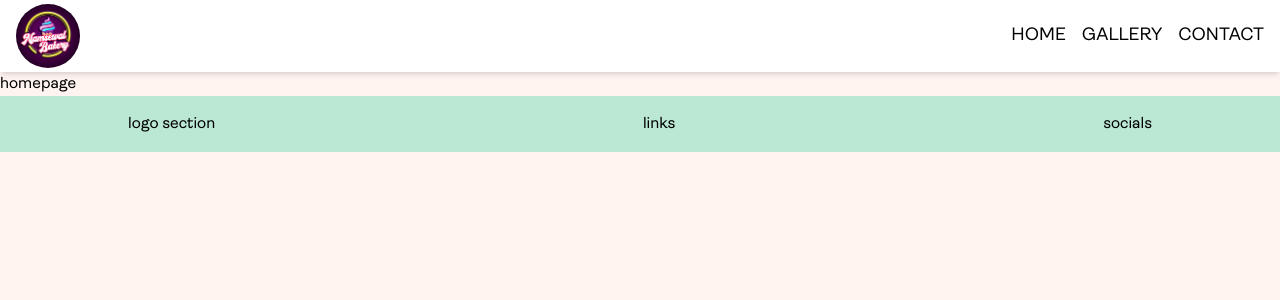
Repository: nabinkatwal7/namsewal
Page: /
The author's editor kept a copy of each file at every save. The page is drawn from the files as they stood at one save, then again after a run of saves.
The browser window is 1280 px wide. The pictures show the whole page.
The project was rebuilt for these pictures with package versions that can differ from the ones it lists, and the page was loaded fresh each time. The framework's server and built-in components were replaced by stand-ins that run in the browser. Also part of the build but not shown: next.config.mjs.

Above is the page before, as saved 2024-08-27 10:16:57.

After the next 2 saves:
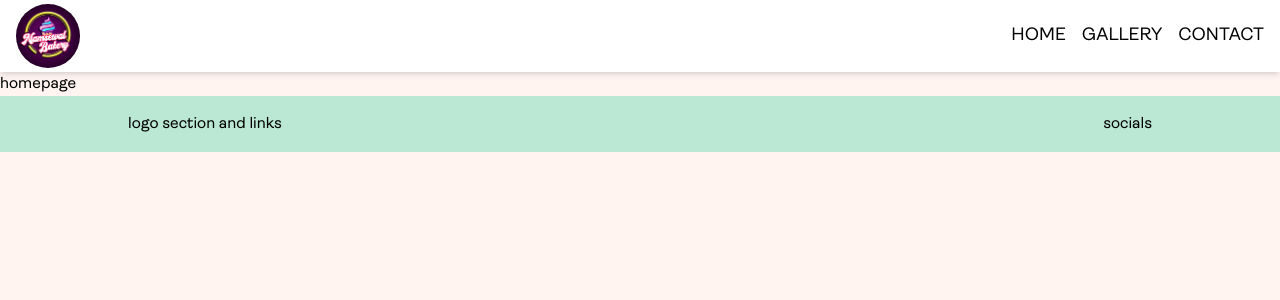
The 2 saves are shown as one change because they came seconds apart.
The last was saved 19 s later.
--- a/components/ui/Footer.tsx
+++ b/components/ui/Footer.tsx
@@ -3,8 +3,7 @@
 const Footer = () => {
   return (
     <div className="bg-[#bae8d4] px-32 py-4 flex flex-row justify-between">
-      <div>logo section</div>
-      <div>links</div>
+      <div>logo section and links</div>
       <div>socials</div>
     </div>
   );
